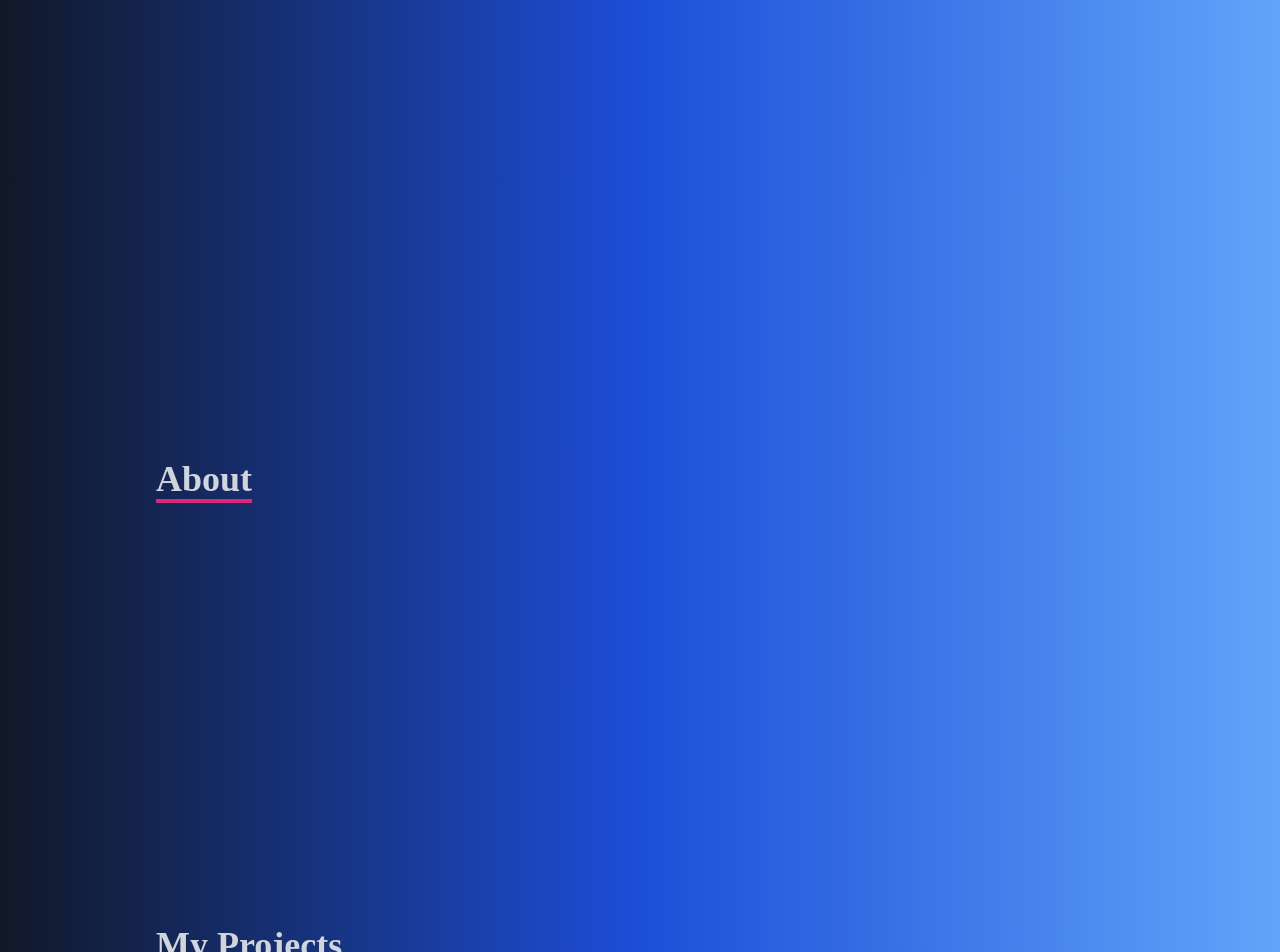
Repository: olichengus/Project-Portfolio
Page: /
These files come from the project's save history. The page is drawn as it stood at one moment and after the next save; the edit follows.
The browser window is 1280 px wide. The pictures show the part of the page from y = 583 to 1535 px (the page is 2160 px tall).
The project was rebuilt for these pictures with package versions that can differ from the ones it lists, and the page was loaded fresh each time.

Above is the page before, as saved 2024-02-09 23:59:34.

### src/index.css
@tailwind base;
@tailwind components;
@tailwind utilities;

@import url('https://fonts.googleapis.com/css2?family=Roboto:wght@300;400;500;700&display=swap');

@layer base {
  body {
    @apply font-[Raleway];
  }
  li {
    @apply px-4;
    @apply cursor-pointer;
  }
}


.content-div{
  background-repeat: no-repeat;
  background-size: cover;
  background-position: center;
  height: 250px;
}

.content-div:hover{
  background-image: linear-gradient(
    to right,
    rgba(112,157,255,0.8),
    hsla(242,74%,61%,0.8)
  )!important;
  background-color: rgba(0, 0, 0, 0.5);
  transition: 0.5s;
}

### src/App.js
import Home from './components/Home';
import Navbar from './components/Navbar';
import About from './components/About';
import Work from './components/Work';

function App() {
  return (
    <div>
      <Navbar />
      <Home />
      <About />
      <Work />
    </div>
  );
}

export default App;

### src/components/Home.jsx
import React from 'react'
import {HiArrowNarrowRight} from 'react-icons/hi'

const Home = () => {
  return (
    <div className='w-full h-screen bg-gradient-to-r from-gray-900 via-blue-700 to-blue-400'>
      {/* Container */}
      <div className='max-w-[1000px] mx-auto px-8 flex flex-col justify-center h-full'>
        <p className='text-pink-600 text-2xl'>Hi, my name is</p>
        <h1 className='text-white text-7xl font-bold'>Oliver Cheng</h1>
        <h2 className='text-4xl sm:text-5xl font-bold text-[#8892b0]'> I am a Computer Science student @ UBC</h2>
        <h2 className='text-4xl sm:text-5xl font-bold text-[#8892b0]'> Welcome to my Portfolio!</h2>
        <div className='background-color'>
          <button className = 'text-white border-2 px-6 py-3 my-2 flex items-center hover:bg-pink-600 hover:border-pink-600'>
            My Projects
            <span className='group-hover:rotate-90 duration-300'>
              <HiArrowNarrowRight className='ml-2' />
            </span>
          </button>
        </div>
      </div>

    </div>
  )
}

export default Home

### src/components/navbar.js
import React, {useState} from 'react'
import {
    FaBars,
    FaTimes,
    FaGithub,
    FaLinkedin
  } from 'react-icons/fa';
import { HiOutlineMail } from 'react-icons/hi';
import BsFillPersonFill from 'react-icons/bs';

const Navbar = () => {
    const [nav, setNav] = useState(false)
    const handleClick = () => setNav(!nav)
  return (
    <div className='fixed w-full h-[80px] flex justify-between items-center px-4 bg-[#0a192f] text-gray-300'>
    {/* menu */}
        <div className='hidden md:flex'>
            <ul className='hidden md:flex'>
                <li>Home</li>
                <li>About</li>
                <li>Experience</li>
                <li>Projects</li>
                <li>Contact</li>


            </ul>
        </div>

        <div onClick={handleClick} className='md:hidden z-10'>
            {/* if false set it to bars else set it to x logo*/}
            {!nav ? <FaBars /> : <FaTimes />}
        </div>


        {/* Moble menu */}
        <ul className={!nav ? "hidden": 'absolute top-0 left-0 w-full h-screen bg-[#0a192f] flex flex-col justify center items-center'}>
                <li className='py-6 text-4xl'>Home</li>
                <li className='py-6 text-4xl'>About</li>
                <li className='py-6 text-4xl'>Experience</li>
                <li className='py-6 text-4xl'>Projects</li>
                <li className='py-6 text-4xl'>Contact</li>

        </ul>
        {/* Social Icons */}
        <div className='flex fixed flex-col top-[35%] left-0;'>
        </div>
    </div>


  )
}

export default Navbar

### src/components/About.jsx
import React from 'react';

const About = () => {
    return (
        <div name='about' className='w-full h-screen bg-gradient-to-r from-gray-900 via-blue-700 to-blue-400 text-gray-300'>
            <div className='flex flex-col justify-center items-center w-full h-full'>
                <div className='max-w-[1000px] w-full px-4 justify-center items-center'>
                    <div className='text-left'>
                        <p className='text-4xl font-bold inline border-b-4 border-pink-600 hover:text-white'>About</p>
                    </div>

                </div>
                <div className='mt-9 max-w-[1000px] w-full'>
                </div>
            </div>
        </div>
    )
}

export default About;

### src/components/Work.jsx
import React from 'react';
import Background from '../assets/background.jpeg';

const Work = () => {
    return (
        <div className='w-full md:h-screen text-gray-300 bg-gradient-to-r from-gray-900 via-blue-700 to-blue-400'>
            <div className='max-w-[1000px] mx-auto p-4 flex flex-col justify-center w-full h-full'>
                <div>
                    <p className='text-4xl font-bold inline border-b-4 text-gray-300 border-pink-600'>My Projects</p>
                </div>

            {/* Container */}

                <div className='grid sm:grid-cols-2 md:grid-cols-3 gap-4 mt-7'>

            {/* Grid Item */}
                    <div style = {{backgroundImage: `url(${Background})`}}
                    className='shadow-lg shadow-[#040c16] group container rounded-md flex justify-center items-center mx-auto content-div'>

                        {/* Hover Effects */}
                        <div className='opacity-0 group-hover:opacity-100'>
                            <span className='text-2xl font-bold text-white tracking-wider'>
                                UBC Elective Finder
                            </span>
                            <div className='pt-8 text-center'>
                                {/* <a href ="/">
                                    <button className='text-center rounded-lg px-4 py-3 m-2 bg-white text-gray-700 font-bold text-lg'>Demo</button>
                                </a> */}
                                <a href = "https://github.com/olichengus/UBC-Elective-Finder">
                                    <button className='text-center rounded-lg px-5 py-3 m-2 bg-white text-gray-700 font-bold text-lg'>View</button>
                                </a>
                            </div>
                        </div>
                    </div>

                    <div style = {{backgroundImage: `url(${Background})`}}
                    className='shadow-lg shadow-[#040c16] group container rounded-md flex justify-center items-center mx-auto content-div'>

                        {/* Hover Effects */}
                        <div className='opacity-0 group-hover:opacity-100'>
                            <span className='text-2xl font-bold text-white tracking-wider'>
                                Telomeres Website
                            </span>
                            <div className='pt-8 text-center'>
                                {/* <a href ="/">
                                    <button className='text-center rounded-lg px-4 py-3 m-2 bg-white text-gray-700 font-bold text-lg'>Demo</button>
                                </a> */}
                                <a href = "https://github.com/olichengus/TelomeresWebsite">
                                    <button className='text-center rounded-lg px-5 py-3 m-2 bg-white text-gray-700 font-bold text-lg'>View</button>
                                </a>
                            </div>
                        </div>
                    </div>

                    <div style = {{backgroundImage: `url(${Background})`}}
                    className='shadow-lg shadow-[#040c16] group container rounded-md flex justify-center items-center mx-auto content-div'>

                        {/* Hover Effects */}
                        <div className='opacity-0 group-hover:opacity-100'>
                            <span className='text-2xl font-bold text-white tracking-wider'>
                                Wishlist Application
                            </span>
                            <div className='pt-8 text-center'>
                                {/* <a href ="https://github.com/olichengus/WishList">
                                    <button className='text-center rounded-lg px-4 py-3 m-2 bg-white text-gray-700 font-bold text-lg'>Demo</button>
                                </a> */}
                                <a href = "https://github.com/olichengus/WishList">
                                    <button className='text-center rounded-lg px-5 py-3 m-2 bg-white text-gray-700 font-bold text-lg'>View</button>
                                </a>
                            </div>
                        </div>
                    </div>

                    <div style = {{backgroundImage: `url(${Background})`}}
                    className='shadow-lg shadow-[#040c16] group container rounded-md flex justify-center items-center mx-auto content-div'>

                        {/* Hover Effects */}
                        <div className='opacity-0 group-hover:opacity-100'>
                            <span className='text-2xl font-bold text-white tracking-wider'>
                                PythonRoads
                            </span>
                            <div className='pt-8 text-center'>
                                {/* <a href ="/">
                                    <button className='text-center rounded-lg px-4 py-3 m-2 bg-white text-gray-700 font-bold text-lg'>Demo</button>
                                </a> */}
                                <a href = "https://github.com/olichengus/PythonRoads">
                                    <button className='text-center rounded-lg px-5 py-3 m-2 bg-white text-gray-700 font-bold text-lg'>View</button>
                                </a>
                            </div>
                        </div>
                    </div>

                </div>



            </div>
        </div>
    );
};

export default Work;

### tailwind.config.js
/** @type {import('tailwindcss').Config} */
module.exports = {
  content: ["./src/**/*.{html,jsx}"],
  theme: {
    extend: {},
  },
  plugins: [],
}

Loaded but not shown: public/index.html (common file); src/index.js (common file)

After the next save:
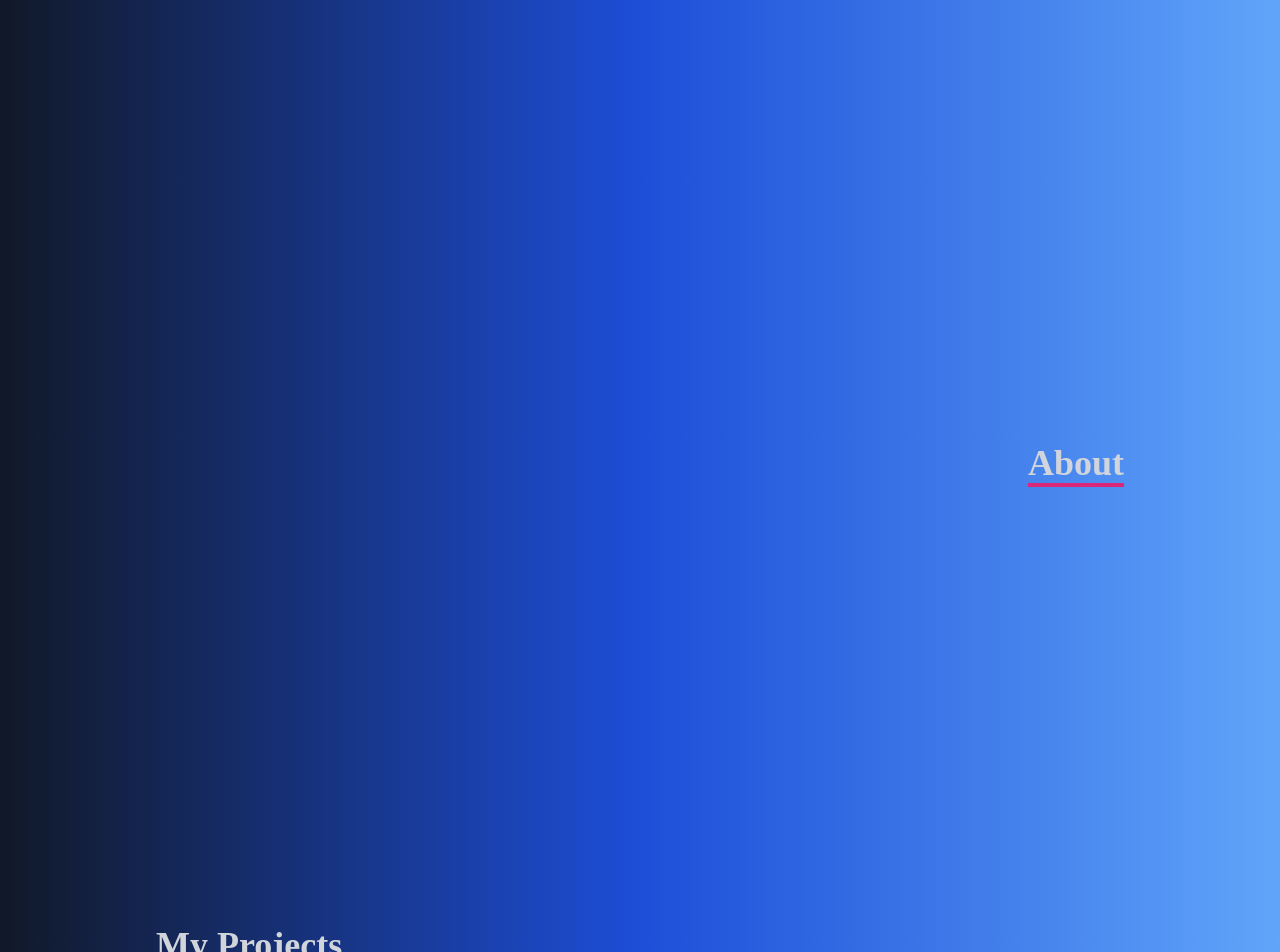
Saved 90 s later.
--- a/src/components/About.jsx
+++ b/src/components/About.jsx
@@ -5,7 +5,7 @@ const About = () => {
         <div name='about' className='w-full h-screen bg-gradient-to-r from-gray-900 via-blue-700 to-blue-400 text-gray-300'>
             <div className='flex flex-col justify-center items-center w-full h-full'>
                 <div className='max-w-[1000px] w-full px-4 justify-center items-center'>
-                    <div className='text-left'>
+                    <div className='sm:text-right pb-8 pl-4'>
                         <p className='text-4xl font-bold inline border-b-4 border-pink-600 hover:text-white'>About</p>
                     </div>
 
